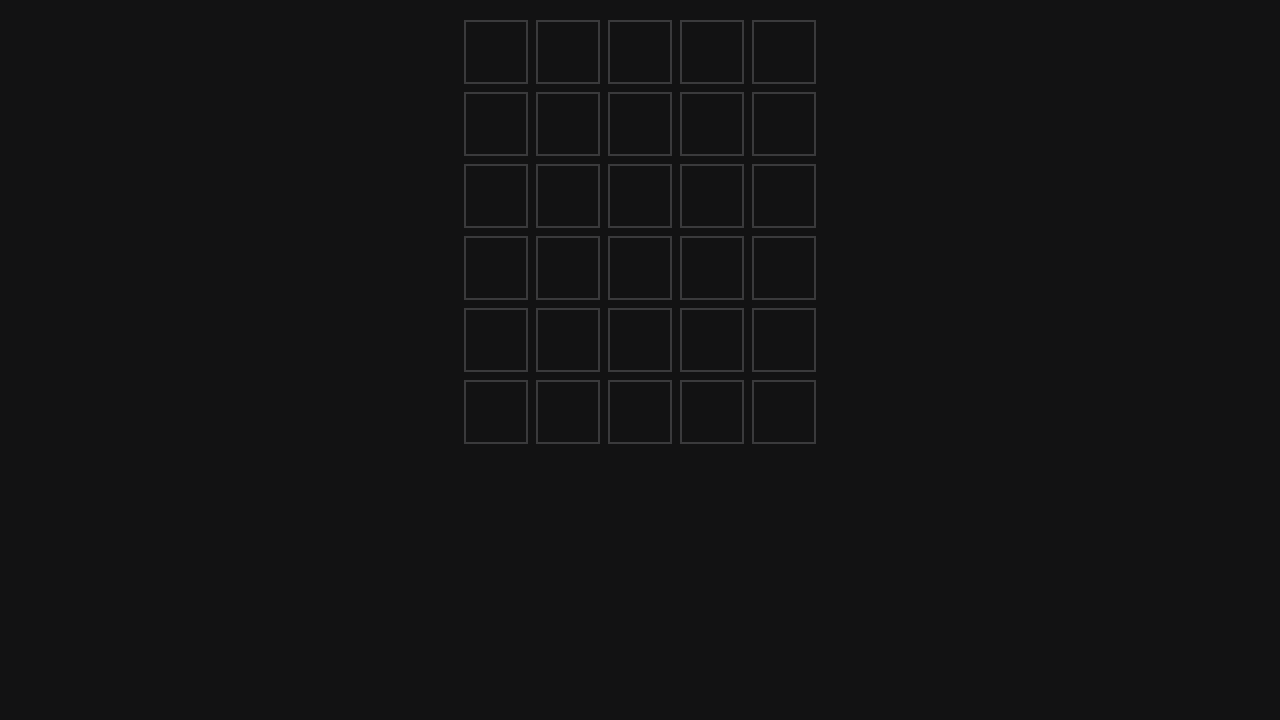
Repository: maxempolk/wordle-app
Page: / (app in frontend/)
These files come from the project's save history. The page is drawn as it stood at one moment and after a run of saves; the edit follows.
The browser window is 1280 px wide. The pictures show the whole page.
The project was rebuilt for these pictures with package versions that can differ from the ones it lists, and the page was loaded fresh each time. Also part of the build but not shown: frontend/vite.config.ts.

Above is the page before, as saved 2025-02-19 03:33:55.

After the next 2 saves:
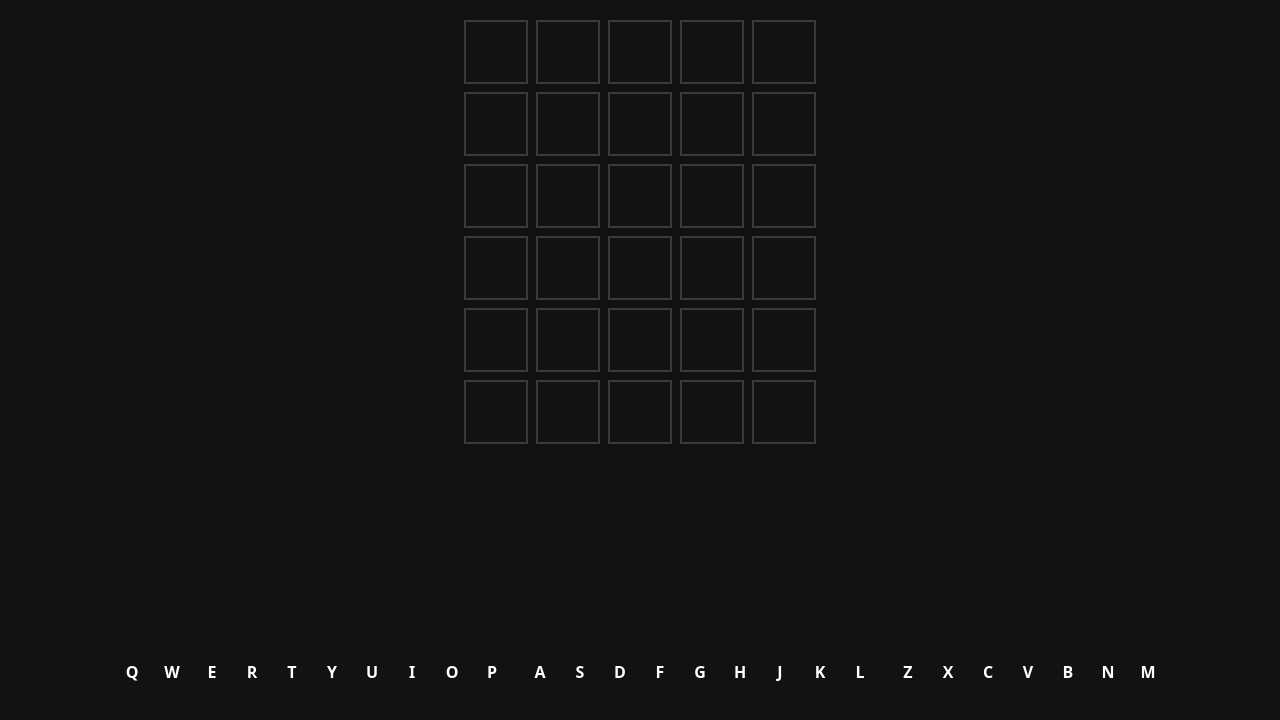
The 2 saves are shown as one change because 1 did not build or start.
The last was saved 64 s later.
--- a/frontend/src/components/TheKeyboard.vue
+++ b/frontend/src/components/TheKeyboard.vue
@@ -5,8 +5,8 @@ const alph = ['QWERTYUIOP', 'ASDFGHJKL', 'ZXCVBNM']
 
 <template>
   <div class="flex gap-2">
-    <div class="flex">
-      <TheKeyboardLetter />
+    <div class="flex" v-for="part in alph" :key="'row' + part">
+      <TheKeyboardLetter :model-value="char" v-for="char in part" :key="'letter-' + char" />
     </div>
   </div>
 </template>
